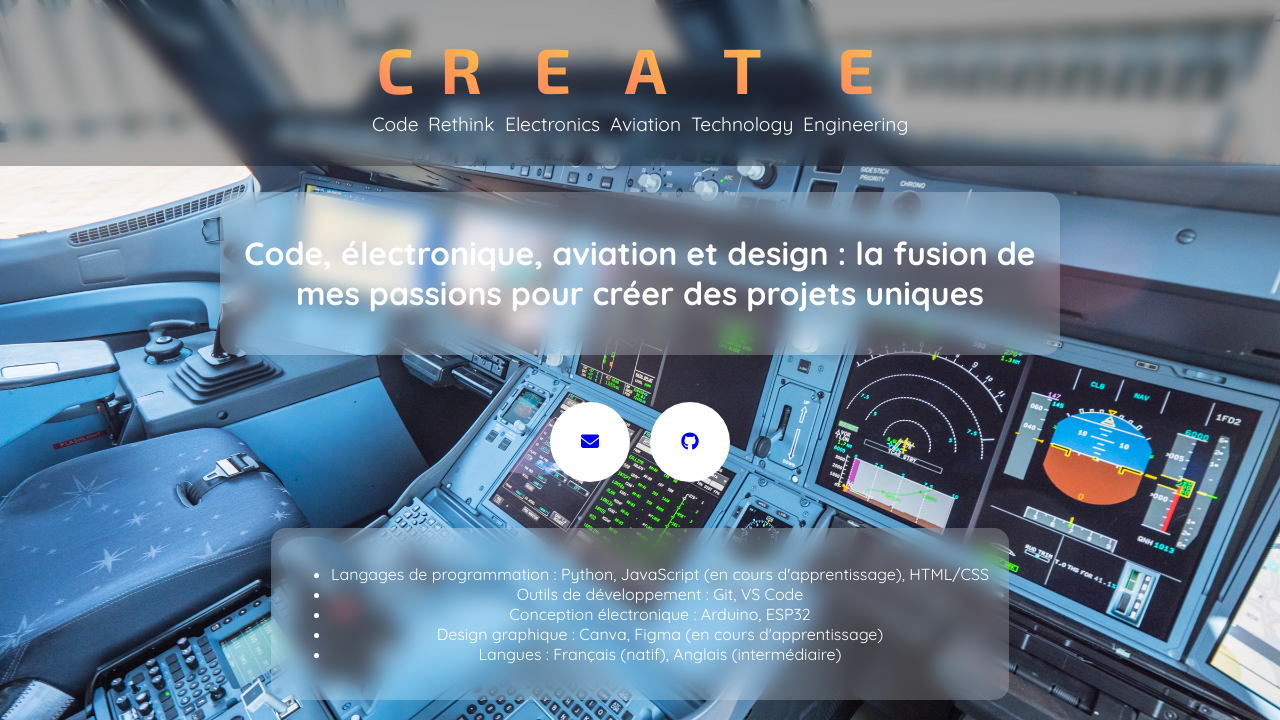
Repository: nlagardere/myportfolio
Page: index.html
These files come from the project's save history. The page is drawn as it stood at one moment and after a run of saves; the edit follows.
The browser window is 1280 px wide. The pictures show the whole page.

Above is the page before, as saved 2025-09-06 10:08:40.

### index.html
<!DOCTYPE html>
<html lang="fr">
<head>
  <meta charset="UTF-8">
  <meta name="viewport" content="width=device-width, initial-scale=1.0">
  <title>Portfolio</title>

  <!-- Google Fonts -->
  <link href="https://fonts.googleapis.com/css2?family=Exo+2:wght@400;700&family=Quicksand:wght@400;700&display=swap" rel="stylesheet">
  <!-- Font Awesome -->
  <link rel="stylesheet" href="https://cdnjs.cloudflare.com/ajax/libs/font-awesome/6.5.0/css/all.min.css">

  <style>
    /* ========== BODY & LAYOUT ========== */
    body {
      font-family: 'Quicksand', sans-serif;
      margin: 0;
      padding: 0;
      min-height: 100vh;
      display: flex;
      flex-direction: column;       /* empile header, contenu, footer verticalement */
      justify-content: space-between; /* espace entre header/contenu et footer */
      background: url('a350.jpg') no-repeat center center;
      background-size: cover;
      color: #333;
    }

    header {
      text-align: center;
      padding: 30px 20px;
      background: rgba(0,0,0,0.3);
      backdrop-filter: blur(8px);
      color: white;
    }

    .glasscard {
      background: rgba(255, 255, 255, 0.2);
      border-radius: 15px;
      padding: 20px;
      margin: 20px auto;
      max-width: 800px;
      backdrop-filter: blur(10px);
      box-shadow: 0 4px 30px rgba(0, 0, 0, 0.1);
      color: white;
      text-align: center;
      animation: zoomPop 1s ease forwards;
    }

    /* ========== ACRONYM ========== */
    .acronym-container {
      display: flex;
      justify-content: center;
      gap: 10px;
      flex-wrap: wrap;
      perspective: 1000px;
    }

    .letter-block {
      flex: none;
      text-align: center;
      opacity: 0;
      transform: scale(0.1) translateZ(-800px);
      animation: zoomPop 0.8s cubic-bezier(0.25, 1.5, 0.5, 1) forwards;
    }

    .letter-block:nth-child(1) { animation-delay: 0s; }
    .letter-block:nth-child(2) { animation-delay: 0.1s; }
    .letter-block:nth-child(3) { animation-delay: 0.2s; }
    .letter-block:nth-child(4) { animation-delay: 0.3s; }
    .letter-block:nth-child(5) { animation-delay: 0.4s; }
    .letter-block:nth-child(6) { animation-delay: 0.5s; }

    .letter-block .letter {
      font-size: 4em;
      font-weight: bold;
      font-family: 'Exo 2', sans-serif;
      background: linear-gradient(45deg, #FF6B6B, #FFD93D);
      -webkit-background-clip: text;
      -webkit-text-fill-color: transparent;
      transition: filter 0.2s;
    }

    .letter-block .letter:hover {
      filter: brightness(1.2);
    }

    .letter-block .desc {
      font-size: 1.2em;
      margin-top: 5px;
    }

    @keyframes zoomPop {
      0% { opacity: 0; transform: scale(0.1) translateZ(-800px); }
      60% { opacity: 1; transform: scale(1.2) translateZ(50px); }
      80% { transform: scale(0.95) translateZ(0); }
      100% { opacity: 1; transform: scale(1) translateZ(0); }
    }

    /* ========== SOCIAL ICONS ========== */
    .wrapper {
      display: inline-flex;
      justify-content: center;
      list-style: none;
      padding: 20px 0;
      margin: 0 auto;
    }

    .wrapper .icon {
      position: relative;
      background: #ffffff;
      border-radius: 50%;
      padding: 15px;
      margin: 0 10px;
      width: 50px;
      height: 50px;
      font-size: 18px;
      display: flex;
      justify-content: center;
      align-items: center;
      cursor: pointer;
      transition: all 0.2s cubic-bezier(0.68, -0.55, 0.265, 1.55);
    }

    /* Tooltip */
    .wrapper .tooltip {
      position: absolute;
      bottom: 100%;           /* au-dessus de l’icône */
      left: 50%;
      transform: translateX(-50%) translateY(-10px);
      font-size: 14px;
      background: #333;
      color: #fff;
      padding: 5px 8px;
      border-radius: 5px;
      box-shadow: 0 4px 10px rgba(0,0,0,0.2);
      opacity: 0;
      pointer-events: none;
      white-space: nowrap;
      transition: all 0.3s cubic-bezier(0.68, -0.55, 0.265, 1.55);
      z-index: 10;
    }

    .wrapper .tooltip::before {
      content: "";
      position: absolute;
      top: 100%;              /* triangle sous le tooltip */
      left: 50%;
      transform: translateX(-50%) rotate(45deg);
      width: 8px;
      height: 8px;
      background: #333;
    }

    .wrapper .icon:hover .tooltip {
      opacity: 1;
      pointer-events: auto;
      transform: translateX(-50%) translateY(-15px);
    }

    /* Hover colors */
    .wrapper .mail:hover,
    .wrapper .mail:hover .tooltip,
    .wrapper .mail:hover .tooltip::before {
      background: #00CED1;
      color: #ffffff;
    }

    .wrapper .github:hover,
    .wrapper .github:hover .tooltip,
    .wrapper .github:hover .tooltip::before {
      background: #333333;
      color: #ffffff;
    }

    .compétences{
      text-align: center;
      background: rgba(255, 255, 255, 0.2);
      border-radius: 15px;
      padding: 20px;
      margin: 20px auto;
      max-width: 800px;
      backdrop-filter: blur(10px);
      box-shadow: 0 4px 30px rgba(0, 0, 0, 0.1);
      color: white;
      text-align: center;
      animation: zoomPop 1s ease forwards;
    }

    /* Responsive letters */
    @media (max-width: 600px) {
      .letter-block .letter {
        font-size: 2.5em;
      }
    }
  </style>
</head>

<body>
  <header>
    <div class="acronym-container">
      <div class="letter-block">
        <div class="letter">C</div>
        <div class="desc">Code</div>
      </div>
      <div class="letter-block">
        <div class="letter">R</div>
        <div class="desc">Rethink</div>
      </div>
      <div class="letter-block">
        <div class="letter">E</div>
        <div class="desc">Electronics</div>
      </div>
      <div class="letter-block">
        <div class="letter">A</div>
        <div class="desc">Aviation</div>
      </div>
      <div class="letter-block">
        <div class="letter">T</div>
        <div class="desc">Technology</div>
      </div>
      <div class="letter-block">
        <div class="letter">E</div>
        <div class="desc">Engineering</div>
      </div>
    </div>
  </header>

  <div class="glasscard">
    <h1>Code, électronique, aviation et design : la fusion de mes passions pour créer des projets uniques</h1>
  </div>

  <ul class="wrapper">
    <li class="icon mail">
      <a href="mailto:nathan.lagardere@gmail.com" target="_blank">
        <span class="tooltip">Mail</span>
        <i class="fas fa-envelope"></i>
      </a>
    </li>

    <li class="icon github">
      <a href="https://github.com/nlagardere" target="_blank">
        <span class="tooltip">Github</span>
        <i class="fab fa-github"></i>
      </a>
    </li>
  </ul>

  <div class="compétences">
    <ul>
      <li>Langages de programmation : Python, JavaScript (en cours d'apprentissage), HTML/CSS</li>
      <li>Outils de développement : Git, VS Code</li>
      <li>Conception électronique : Arduino, ESP32</li>
      <li>Design graphique : Canva, Figma (en cours d'apprentissage)</li>
      <li>Langues : Français (natif), Anglais (intermédiaire)</li>
    </ul>
  </div>

</body>
</html>

After the next 2 saves:
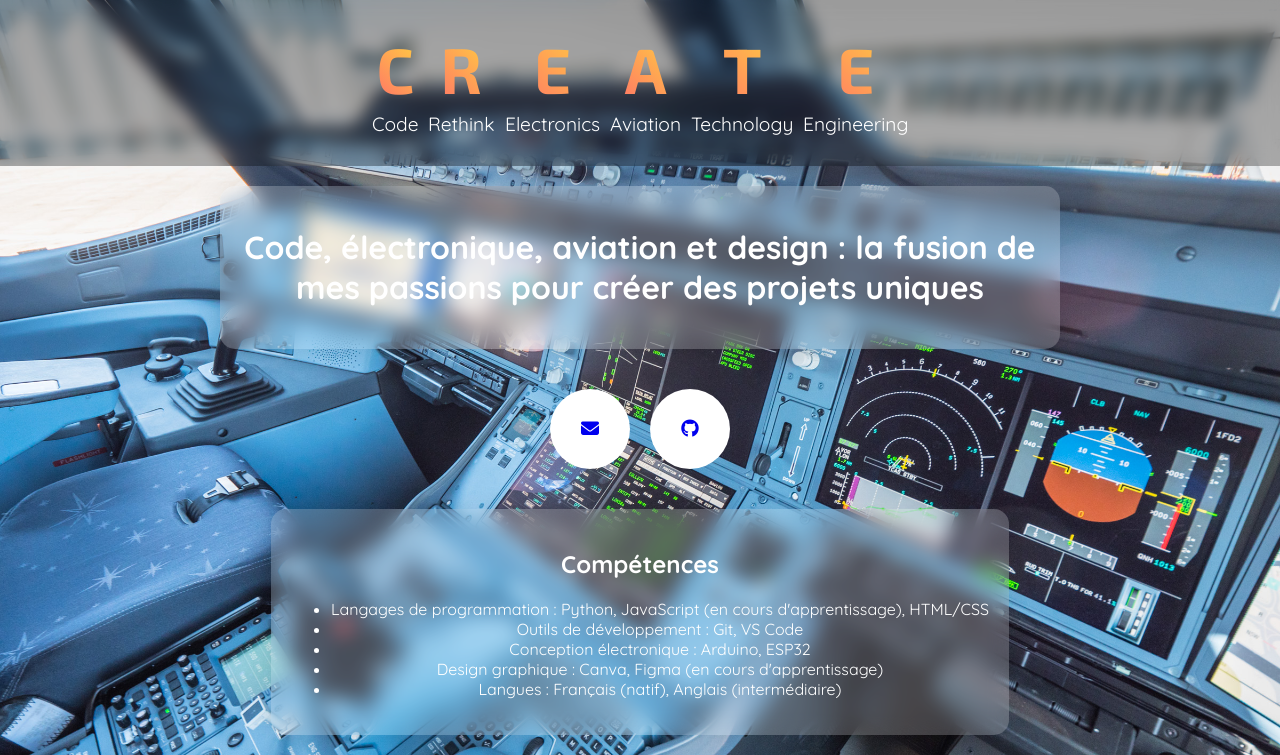
The 2 saves are shown as one change because they came seconds apart.
The last was saved 15 s later.
--- a/index.html
+++ b/index.html
@@ -246,6 +246,7 @@
   </ul>
 
   <div class="compétences">
+    <h2>Compétences</h2>
     <ul>
       <li>Langages de programmation : Python, JavaScript (en cours d'apprentissage), HTML/CSS</li>
       <li>Outils de développement : Git, VS Code</li>
